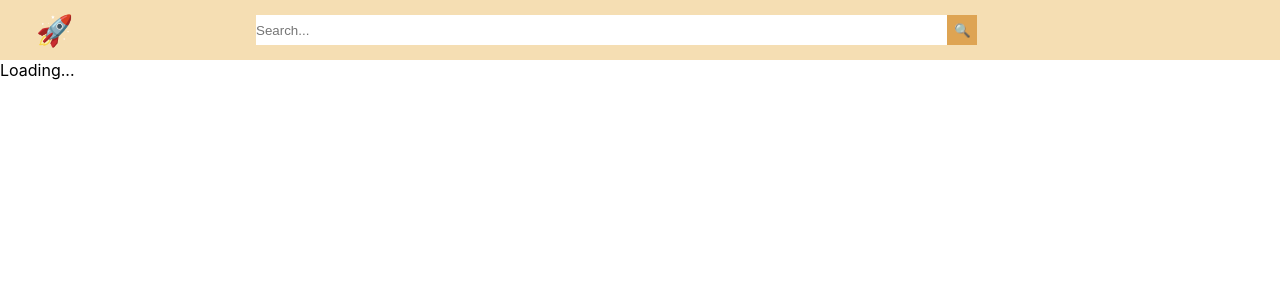
Repository: YEOMJINSEOP/React
Page: / (app in reactube/)
These files come from the project's save history. The page is drawn as it stood at one moment and after the next save; the edit follows.
The browser window is 1280 px wide. The pictures show the whole page.
The page's requests for data from a server got no answer. The project was rebuilt for these pictures with package versions that can differ from the ones it lists, and the page was loaded fresh each time. No one was signed in, and anything a server would have sent is missing. Also part of the build but not shown: reactube/src/app.css, reactube/src/components/videoList/VideoList.module.css, reactube/src/components/videoList/VideoList.jsx.

Above is the page before, as saved 2023-01-17 11:42:15.

### reactube/public/index.html
<!DOCTYPE html>
<html lang="en">
  <head>
    <meta charset="utf-8" />
    <link rel="icon" href="%PUBLIC_URL%/favicon.ico" />
    <meta name="viewport" content="width=device-width, initial-scale=1" />
    <meta name="theme-color" content="#000000" />
    <meta
      name="description"
      content="Web site created using create-react-app"
    />

    <title>Reactube 💠</title>
  </head>
  <body>
    <noscript>You need to enable JavaScript to run this app.</noscript>
    <div id="root"></div>
  </body>
</html>

### reactube/src/app.jsx
import React from 'react';
import './app.css';
import{QueryClient, QueryClientProvider} from '@tanstack/react-query'
import VideoList from './components/videoList/VideoList';
import Header from './components/header/Header';

const queryClient = new QueryClient();
function App() {
  return (
    <QueryClientProvider client={queryClient}>
      <Header/>
      <VideoList/>
    </QueryClientProvider>
  )
}

export default App;

### reactube/src/components/header/Header.jsx
import React from 'react';
import styles from './Header.module.css';

function Header(props) {
  return (
    <div className={styles.header}>
      <button className={styles.logo} type='button'>🚀</button>
      <div className={styles.search}>
        <input className={styles.searchBox} type="text" placeholder='Search...' />
        <button type='submit' className={styles.searchBtn}>🔍</button>
      </div>
    </div>
  );
}

export default Header;

### reactube/src/components/header/Header.module.css
* {
  box-sizing: border-box;
}
button {
  background-color: transparent;
  outline: none;
  border: none;
}

.header{
  position: relative;
  background-color: wheat;
  width: 100%;
  height: 60px;
  display: flex;
  justify-content:center;
  align-items: center;
}

.logo{
  position: absolute;
  left: 10px;
  font-size: 30px;
  left: 30px;
}

.search{
  width: 60%;
}
.searchBox{
  width: 90%;
  height: 30px;
  outline: none;
  border: none;
  padding: 0;
}

.searchBtn{
  width: 30px;
  height: 30px;
  background-color: rgba(211, 133, 31, 0.647);
}

Loaded but not shown: reactube/src/index.js (common file); reactube/src/index.css (common file)

After the next save:
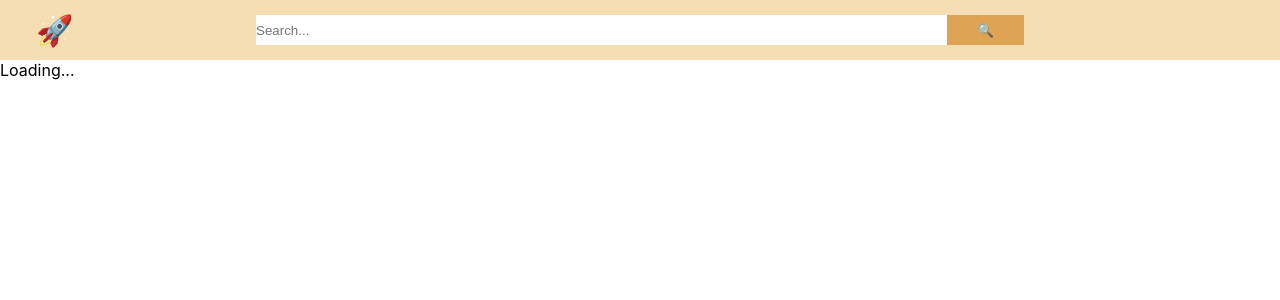
Saved 5 s later.
--- a/reactube/src/components/header/Header.module.css
+++ b/reactube/src/components/header/Header.module.css
@@ -36,7 +36,7 @@
 }
 
 .searchBtn{
-  width: 30px;
+  width: 10%;
   height: 30px;
   background-color: rgba(211, 133, 31, 0.647);
 }

After the save that followed:
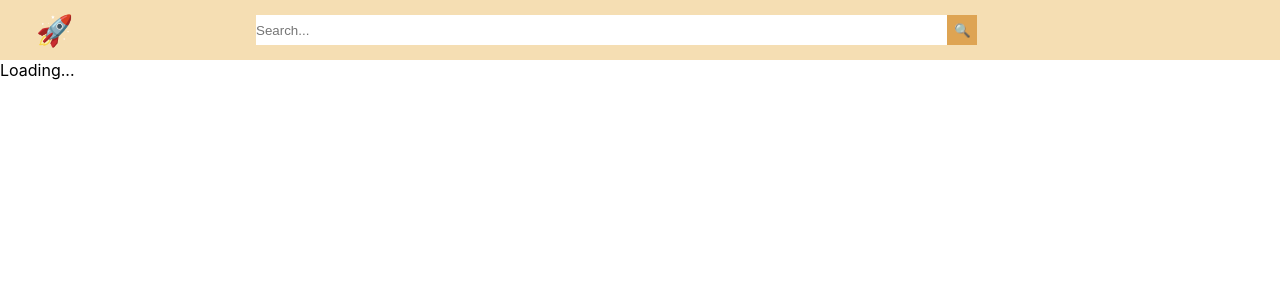
Saved 5 s later.
--- a/reactube/src/components/header/Header.module.css
+++ b/reactube/src/components/header/Header.module.css
@@ -36,7 +36,7 @@
 }
 
 .searchBtn{
-  width: 10%;
+  width: 30px;
   height: 30px;
   background-color: rgba(211, 133, 31, 0.647);
 }
